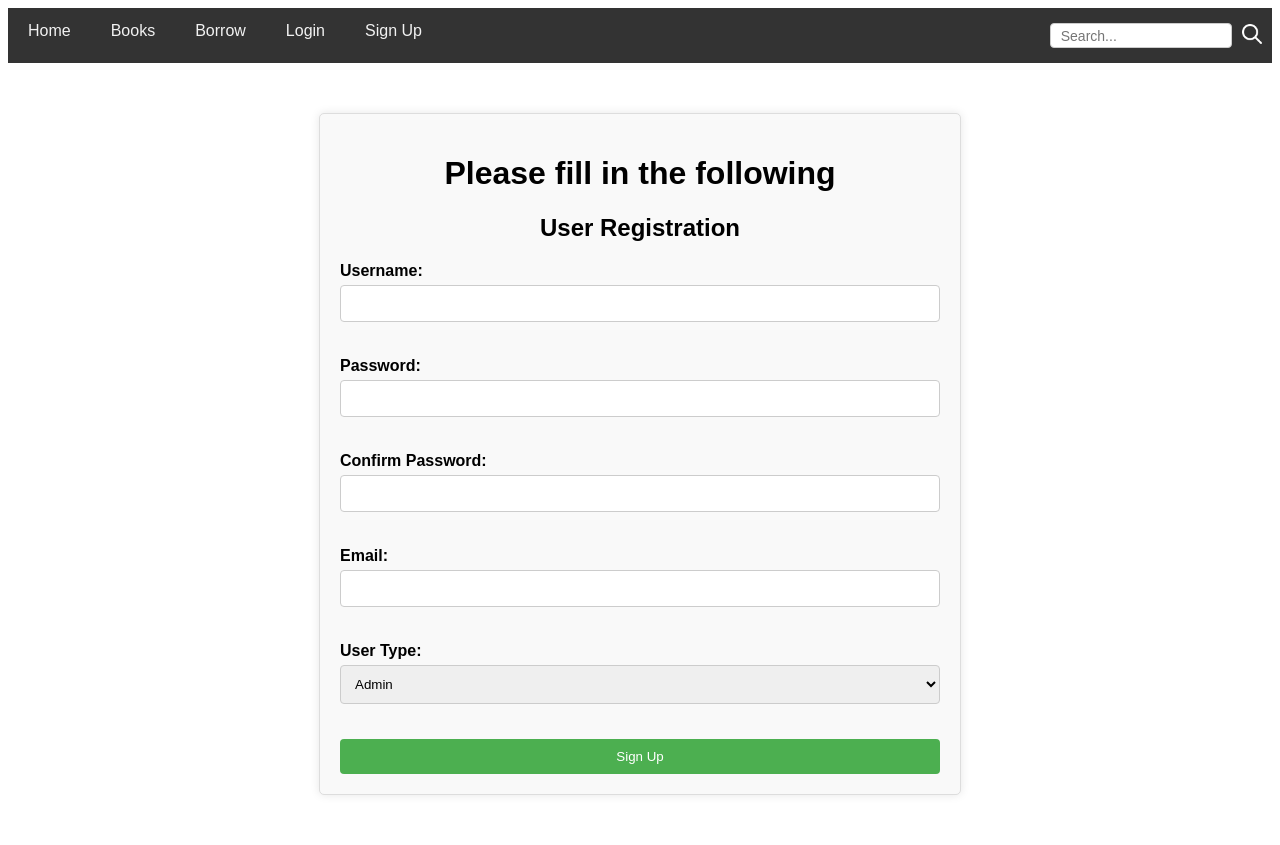
Repository: fadyesk12/Web-Technology-Course-Project
Page: auth/signup.html
The author's editor kept a copy of each file at every save. The page is drawn from the files as they stood at one save, then again after the next save.
The browser window is 1280 px wide. The pictures show the whole page.

Above is the page before, as saved 2024-04-20 03:13:14.

After the next save:
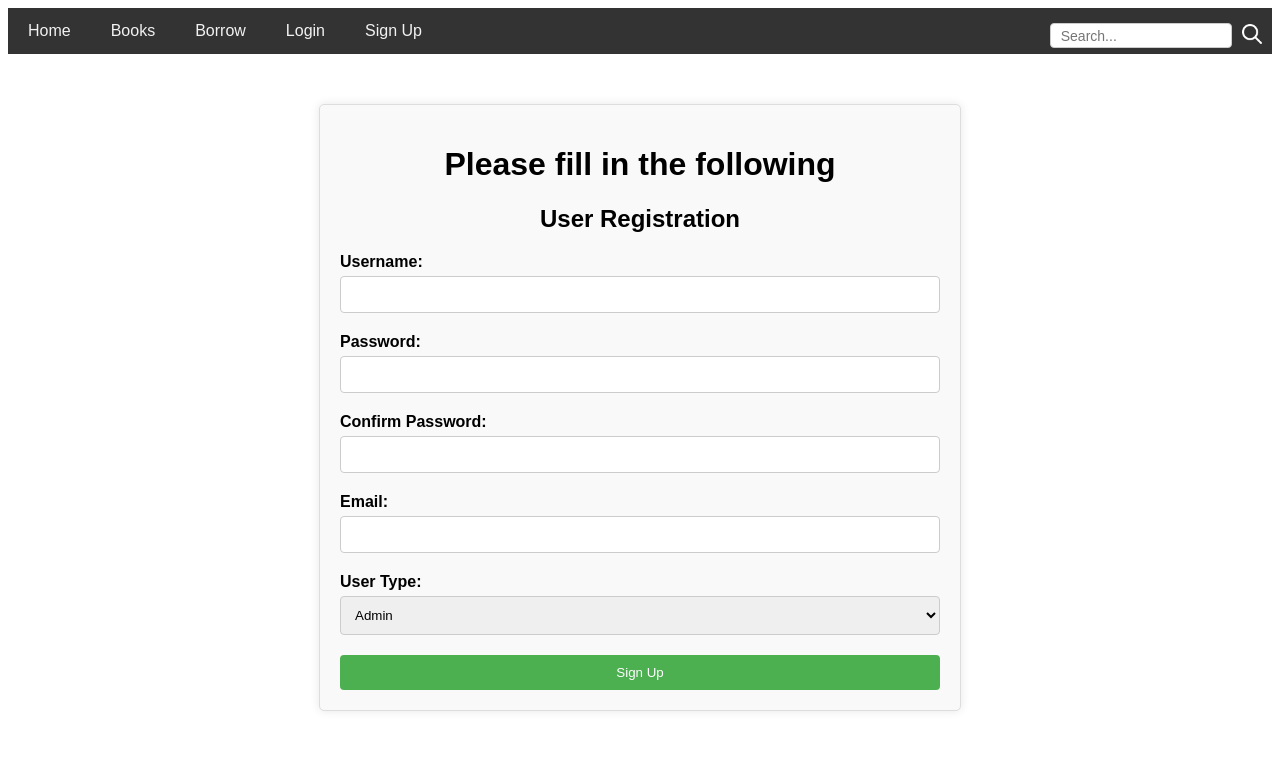
Saved 11 s later.
--- a/Styling/signup.css
+++ b/Styling/signup.css
@@ -56,7 +56,6 @@
   select {
     width: 100%;
     padding: 10px;
-    margin-bottom: 15px;
     border: 1px solid #ccc;
     border-radius: 4px;
     box-sizing: border-box;
